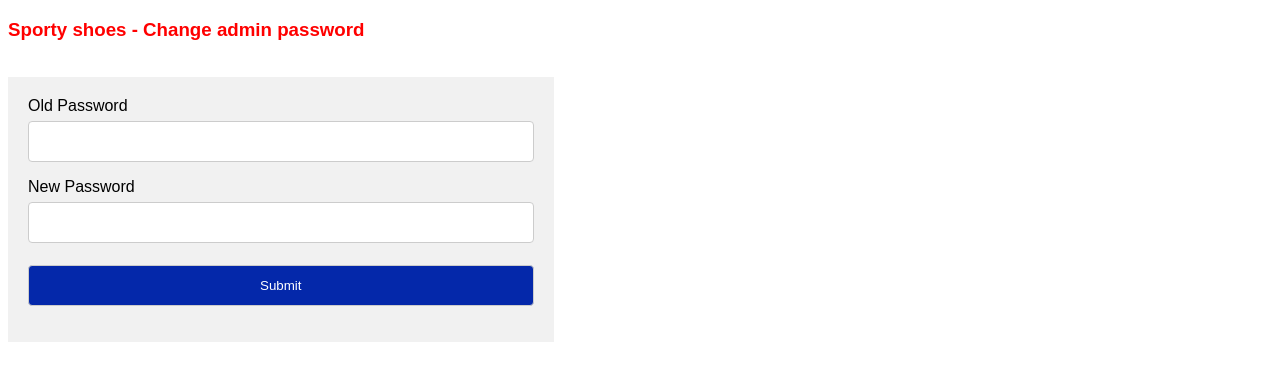
Repository: hope745/SportyShoes
Page: SportyShoes/src/main/resources/static/changepwd.html
The author's editor kept a copy of each file at every save. The page is drawn from the files as they stood at one save, then again after the next save.
The browser window is 1280 px wide. The pictures show the whole page.

Above is the page before, as saved 2021-11-17 10:25:21.

After the next save:
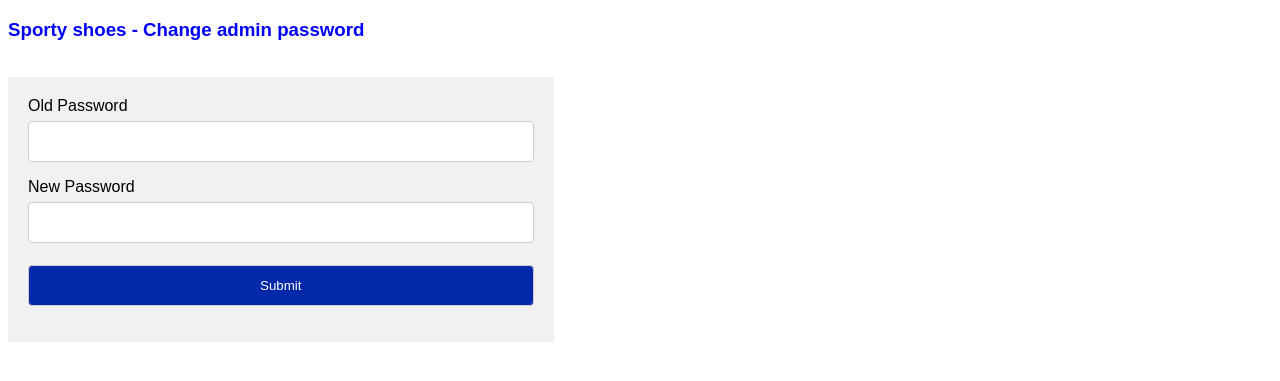
Saved 20 s later.
--- a/SportyShoes/src/main/resources/static/changepwd.html
+++ b/SportyShoes/src/main/resources/static/changepwd.html
@@ -47,7 +47,7 @@
 </head>
 <title>Change admin password</title>
 <body>
-	<h3 style="color:red;font-family: Arial, Helvetica, sans-serif;">Sporty shoes - Change admin password</h3><br/>
+	<h3 style="color:blue;font-family: Arial, Helvetica, sans-serif;">Sporty shoes - Change admin password</h3><br/>
 	<div class="container">
 		<form action="/changepassword" method="post">
 			<label>Old Password</label><br />
